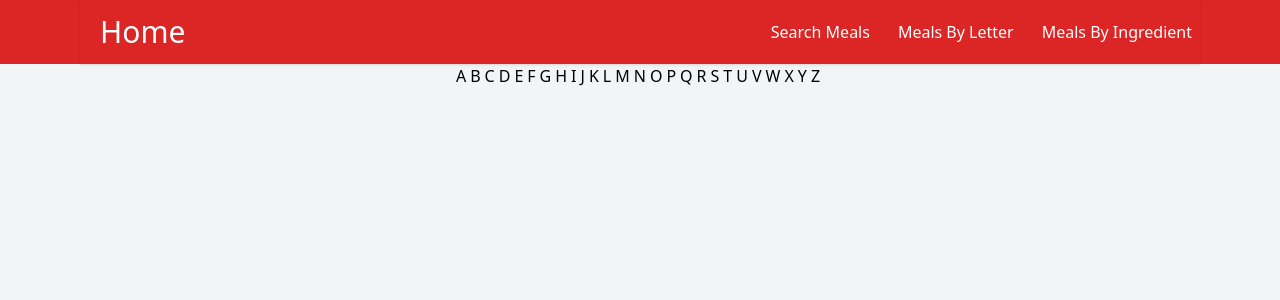
Repository: HalemX/meals
Page: /by-letter
These files come from the project's save history. The page is drawn as it stood at one moment and after the next save; the edit follows.
The browser window is 1280 px wide. The pictures show the whole page.
The project was rebuilt for these pictures with package versions that can differ from the ones it lists, and the page was loaded fresh each time. Also part of the build but not shown: vite.config.js, src/pages/home/Home.vue, src/components/layout/GuestLayout.vue, src/pages/meals/MealsByIngredient.vue, src/components/ui/BaseButtons.vue, src/pages/meals/MealsByName.vue, src/components/meals_components/MealDetails.vue.

Above is the page before, as saved 2024-02-11 15:28:22.

### index.html
<!DOCTYPE html>
<html lang="en">
  <head>
    <meta charset="UTF-8" />
    <link rel="icon" type="image/svg+xml" href="/vite.svg" />
    <meta name="viewport" content="width=device-width, initial-scale=1.0" />
    <title>Vite + Vue</title>
  </head>
  <body class="bg-gray-100 h-full">
    <div id="app"></div>
    <script type="module" src="/src/main.js"></script>
  </body>
</html>

### src/main.js
import { createApp } from "vue";

import router from "./router";
import store from "./store";
import "./style.css";

import App from "./App.vue";

const app = createApp(App);
app.use(router);
app.use(store);

app.mount("#app");

### src/router/index.js
import { createRouter, createWebHistory } from "vue-router";

import Home from "../pages/home/Home.vue";

import DefaultLayout from "../components/layout/DefaultLayout.vue";
import GuestLayout from "../components/layout/GuestLayout.vue";

import MealsByIngredient from "../pages/meals/MealsByIngredient.vue";
import MealsByLetters from "../pages/meals/MealsByLetters.vue";
import MealsByName from "../pages/meals/MealsByName.vue";
import MealDetails from "../components/meals_components/MealDetails.vue";

const routes = [
  {
    path: "/",
    component: DefaultLayout,
    children: [
      {
        path: "/",
        name: "home",
        component: Home,
      },
      {
        path: "/by-letter/:letter?",
        name: "byLetter",
        component: MealsByLetters,
      },
      {
        path: "/by-name/:name?",
        name: "byName",
        component: MealsByName,
      },
      {
        path: "/by-ingredient/:ingredient?",
        name: "byIngredient",
        component: MealsByIngredient,
      },
      {
        path: "/meal/:id",
        name: "mealDetails",
        component: MealDetails,
      },
    ],
  },
  {
    path: "/guest",
    component: GuestLayout,
    children: [],
  },
];

const router = createRouter({
  history: createWebHistory(),
  routes,
});

export default router;

### src/store/index.js
import { createStore } from "vuex";

import mealsModule from "./modules/meals/index";

const store = createStore({
  modules: {
    mealsModule,
  },
});

export default store;

### src/App.vue
<template>
  <router-view v-slot="slotProps">
    <transition name="route" mode="out-in">
      <component :is="slotProps.Component"></component>
    </transition>
  </router-view>
</template>

<style scoped>
.route-enter-from {
  opacity: 0;
  transform: translateY(-30px);
}
.route-leave-to {
  opacity: 0;
  transform: translateY(30px);
}
.route-enter-active {
  transition: all 0.4s ease-out;
}
.route-enter-active {
  transition: all 0.4s ease-in;
}
.route-enter-to,
.route-leave-from {
  opacity: 1;
  transform: translateY(0);
}
</style>

### src/components/layout/DefaultLayout.vue
<template>
  <div>
    <navbar />
    <main>
      <router-view v-slot="slotProps">
        <transition name="route" mode="out-in">
          <component :is="slotProps.Component"></component>
        </transition>
      </router-view>
    </main>
  </div>
</template>

<script>
import Navbar from "./Navbar.vue";
export default {
  components: {
    Navbar,
  },
};
</script>

<style scoped>
.route-enter-from {
  opacity: 0;
  transform: translateY(-30px);
}
.route-leave-to {
  opacity: 0;
  transform: translateY(30px);
}
.route-enter-active {
  transition: all 0.4s ease-out;
}
.route-enter-active {
  transition: all 0.4s ease-in;
}
.route-enter-to,
.route-leave-from {
  opacity: 1;
  transform: translateY(0);
}
</style>

### src/pages/meals/MealsByLetters.vue
<template>
  <div class="flex gap-1 justify-center">
    <router-link
      :to="{ name: 'byLetter', params: { letter } }"
      v-for="letter in letters"
      :key="letter"
    >
      {{ letter }}</router-link
    >
    <all-meals-by-name :mealsByName="mealsByName"></all-meals-by-name>
  </div>
</template>

<script>
export default {
  setup() {
    const letters = "ABCDEFGHIJKLMNOPQRSTUVWXYZ".split("");

    return { letters };
  },
};
</script>

### src/store/modules/meals/index.js
import mutations from "./mutations";
import actions from "./actions";
import getters from "./getters";

export default {
  state() {
    return {
      searchMealsByName: [],
      searchMealsByLetter: [],
      searchMealsByIng: [],
    };
  },
  mutations,
  actions,
  getters,
};

### src/components/layout/Navbar.vue
<template>
  <div class="bg-[#dc2626]">
    <header
      class="text-white shadow h-16 flex justify-between items-stretch bg-[#dc2626] md:mx-20"
    >
      <router-link
        class="text-3xl inline-flex items-center h-full px-5"
        :to="{ name: 'home' }"
        >Home</router-link
      >
      <div class="flex items-center gap-3">
        <router-link
          class="inline-flex items-center px-2 h-full transition-colors hover:bg-[#ef4444]"
          :to="{ name: 'byName' }"
          >Search Meals</router-link
        >
        <router-link
          class="inline-flex items-center px-2 h-full transition-colors hover:bg-[#f87171]"
          :to="{ name: 'byLetter' }"
          >Meals By Letter</router-link
        >
        <router-link
          class="inline-flex items-center px-2 h-full transition-colors hover:bg-[#f87171]"
          :to="{ name: 'byIngredient' }"
          >Meals By Ingredient</router-link
        >
      </div>
    </header>
  </div>
</template>

<script>
export default {};
</script>

### src/axiosClient.js
import axios from "axios";

const axiosClient = axios.create({
  baseURL: "https://www.themealdb.com/api/json/v1/1/",
});

export default axiosClient;

### src/store/modules/meals/mutations.js
export default {
  setSearchMealsByName(state, meals) {
    state.searchMealsByName = meals;
  },
  setSearchMealsByLetter(state, meals) {
    state.searchMealsByLetter = meals;
  },
  setSearchMealsByIng(state, meals) {
    state.searchMealsByIng = meals;
  },
};

### src/store/modules/meals/actions.js
import axiosClient from "../../../axiosClient";

export default {
  async searchMealsByName(context, enterName) {
    const response = await axiosClient.get(`search.php?s=${enterName}`);

    const responseData = await response.data;

    context.commit("setSearchMealsByName", responseData.meals);
  },

  async searchMealsLetter(context, letter) {
    const response = await axiosClient.get(`search.php?f=${letter}`);

    const responseData = await response.data;

    context.commit("setSearchMealsByLetter", responseData.meals);
  },

  async searchMealsByIng(context, enterIng) {
    const response = await axiosClient.get(`filter.php?i=${enterIng}`);

    const responseData = await response.data;

    context.commit("setSearchMealsByIng", responseData.meals);
  },

  //   async fetchMeals(context) {
  //     const response = await fetch(
  //       "https://www.themealdb.com/api/json/v1/1/search.php?s=Arrabiata"
  //     );
  //     const responseData = await response.json();
  //     if (!response.ok) {
  //       const error = new Error(responseData.message || "Failed to fetch Meals");
  //       throw error;
  //     }
  //     // console.log(responseData.meals);
  //     // const meals = [];
  //     // for (const key in responseData) {
  //     //   const request = {
  //     //     id: key,
  //     //     coachId: coachId,
  //     //     userEmail: responseData[key].userEmail,
  //     //     message: responseData[key].message,
  //     //   };
  //     //   requests.push(request);
  //     // }
  //     context.commit("setMeals", responseData.meals.slice(0, 5));
  //   },
};

### src/store/modules/meals/getters.js
export default {
  getSearchMealsByName(state) {
    return state.searchMealsByName;
  },
};

### tailwind.config.js
/** @type {import('tailwindcss').Config} */
export default {
  content: ["./index.html", "./src/**/*.{vue,js,ts,jsx,tsx}"],
  theme: {
    extend: {},
  },
  plugins: [
    require("@tailwindcss/forms"),
    // ...
  ],
};

### src/components/meals_components/MealsItem.vue
<template>
  <div class="grid grid-cols-1 md:grid-cols-3 gap-5 p-8">
    <div
      v-for="meal of mealsByName"
      :key="meal.idMeal"
      class="bg-white shadow rounded-xl"
    >
      <router-link :to="{ name: 'mealDetails', params: { id: meal.idMeal } }">
        <img
          :src="meal.strMealThumb"
          :alt="meal.strMeal"
          class="rounded-t-xl w-full h-48 object-cover"
        />
      </router-link>
      <div class="p-3">
        <h3 class="font-bold">{{ meal.strMeal }}</h3>
        <p class="mb-4">
          Lorem ipsum dolor sit, amet consectetur adipisicing elit. Repellendus
          dicta saepe.
        </p>
      </div>
      <div class="flex items-center justify-between">
        <base-buttons :href="meal.strYoutube"></base-buttons>
      </div>
    </div>
  </div>
</template>

<script>
import BaseButtons from "../ui/BaseButtons.vue";

export default {
  components: {
    BaseButtons,
  },
  props: ["mealsByName"],
};
</script>

Loaded but not shown: src/style.css (common file)

After the next save:
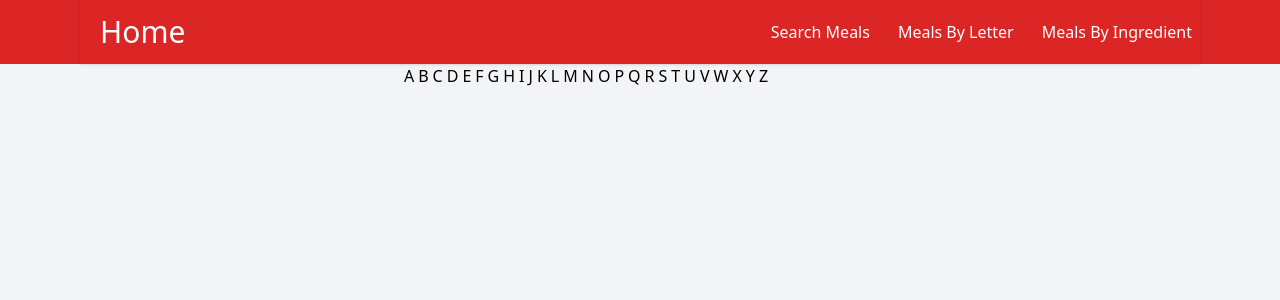
Saved 42 s later.
--- a/src/pages/meals/MealsByLetters.vue
+++ b/src/pages/meals/MealsByLetters.vue
@@ -12,7 +12,12 @@
 </template>
 
 <script>
+import AllMealsByName from "../../components/meals_components/MealsItem.vue";
+
 export default {
+  components: {
+    AllMealsByName,
+  },
   setup() {
     const letters = "ABCDEFGHIJKLMNOPQRSTUVWXYZ".split("");
 
